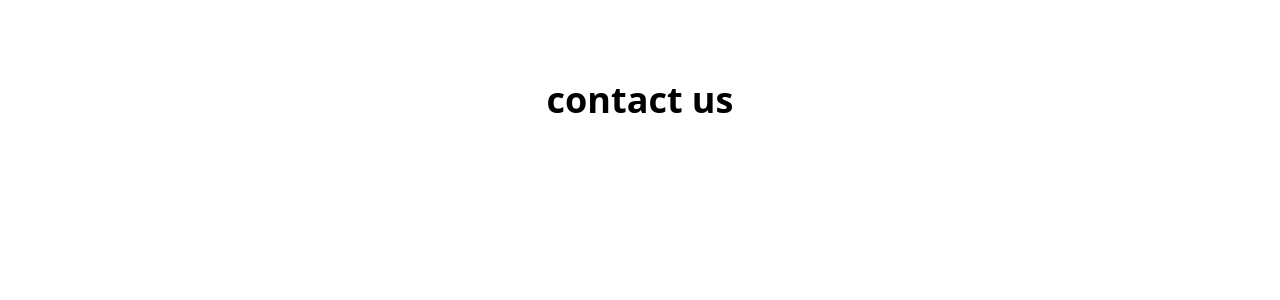
Repository: Ucheobikingsley/movie_catalogue
Page: /contact (app in etap_movie_catalog/)
These files come from the project's save history. The page is drawn as it stood at one moment and after a run of saves; the edit follows.
The browser window is 1280 px wide. The pictures show the whole page.
The project was rebuilt for these pictures with package versions that can differ from the ones it lists, and the page was loaded fresh each time. The framework's server and built-in components were replaced by stand-ins that run in the browser. Also part of the build but not shown: etap_movie_catalog/next.config.js.

Above is the page before, as saved 2023-04-30 01:11:29.

After the next 2 saves:
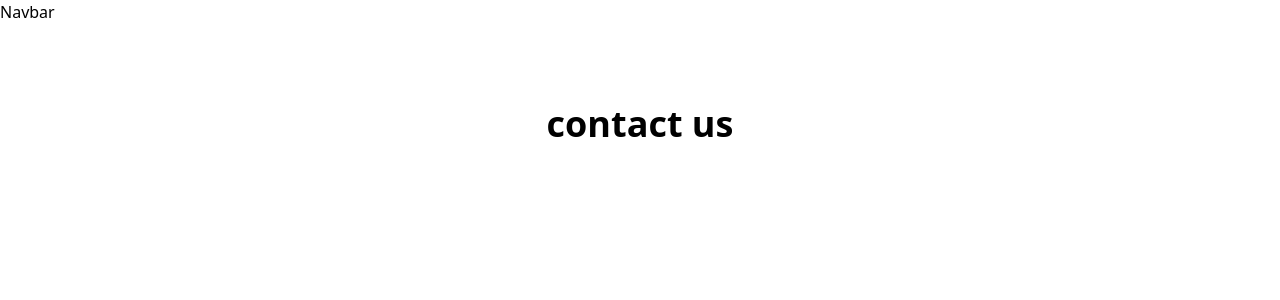
The 2 saves are shown as one change because 1 did not build or start.
The last was saved 30 s later.
--- a/etap_movie_catalog/components/Layout.tsx
+++ b/etap_movie_catalog/components/Layout.tsx
@@ -1,9 +1,10 @@
 import React,{ReactNode} from 'react'
+import Navbar from './Navbar'
 type LayoutProps = {children?: ReactNode}
 export const Layout = ({children}:LayoutProps) => {
   return (
     <>
-
+    <Navbar/>
     <main>
         {children}
     </main>
